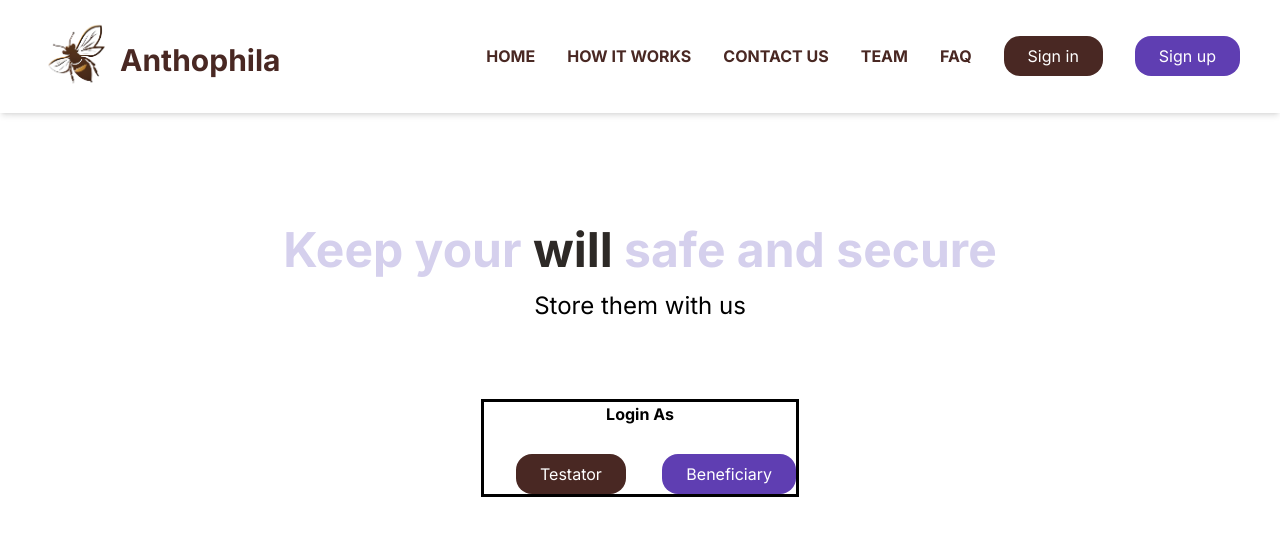
Repository: marcusdashe/anthophila
Page: /
These files come from the project's save history. The page is drawn as it stood at one moment and after the next save; the edit follows.
The browser window is 1280 px wide. The pictures show the whole page.
The project was rebuilt for these pictures with package versions that can differ from the ones it lists, and the page was loaded fresh each time. The framework's server and built-in components were replaced by stand-ins that run in the browser. Also part of the build but not shown: next.config.js, styles/Home.module.css.

Above is the page before, as saved 2023-02-28 19:51:39.

### pages/_document.js
import { Html, Head, Main, NextScript } from 'next/document'

export default function Document() {
  return (
    <Html lang="en">
      <Head>
        <link rel="preconnect" href="https://fonts.googleapis.com" />
        <link rel="preconnect" href="https://fonts.gstatic.com" crossOrigin />
        <link href="https://fonts.googleapis.com/css2?family=Inter:wght@100;200;300;400;500;600&display=swap" rel="stylesheet" />
      </Head>
      <body>
        <Main />
        <NextScript />
      </body>
    </Html>
  )
}

### pages/index.js
import Head from 'next/head'
import Image from 'next/image'
import { Inter } from '@next/font/google'
import styles from '@/styles/Home.module.css'
import { Nav } from '@/components/Nav'
import Hero from '@/components/Hero'

const inter = Inter({ subsets: ['latin'] })

export default function Home() {
  return (
    <>
      <Head>
        <title>Anthophilia</title>
        <meta name="description" content="decentralized platform for storing will" />
        <meta name="viewport" content="width=device-width, initial-scale=1" />
        <link rel="icon" href="/favicon.ico" />
      </Head>
      <Nav />

      {/* <main className="w-full h-screen bg-cover bg-no-repeat bg-center bg-fixed" style={{backgroundImage: "url('/assets/bg-vintage.png')"}}> */}
      <main className="w-full h-screen">
      <Hero />

      </main>
    </>
  )
}

### styles/globals.css
@tailwind base;
@tailwind components;
@tailwind utilities;


@layer base {
    html {

      font-family: 'Inter', sans-serif;
    }
  }

### components/Nav.jsx
import React, { useState } from 'react'
import Button from './Button'
import MenuIcon from '@mui/icons-material/Menu';
import CloseIcon from '@mui/icons-material/Close';

export const Nav = () => {
  let Links = [
    { name: "HOME", link: "/"},
    { name: "HOW IT WORKS", link: "/hiw"},
    { name: "CONTACT US", link: "/contact"},
    { name: "TEAM", link: "/team"},
    { name: "FAQ", link: "/faq"},
  ]
  let [open, setOpen] = useState(false)

  return (
    <div className='md:fixed bg-white bg-opacity-[0.8] backdrop-blur-lg lg:fixed z-50 shadow-md w-full fixed top-0 left-0'>
        <div className='md:flex items-center justify-between bg-white py-4 md:px-10 px-7'>
            <div className='font-bold text-2xl cursor-pointer flex items-center text-gray-80'>
            <img src="/assets/logo.png" alt="logo" className="object-scale-down h-50 w-20" />
                <span className='text-3xl text-[#492823] mr-1 pt-2'>
                    Anthophila
                </span>
            </div>
            <div onClick={()=> setOpen(!open)} className='text-3xl absolute right-8 top-6 cursor-pointer md:hidden '>
              {open ? <CloseIcon fontSize='large'/> : <MenuIcon fontSize='large'/>}

            </div>
            <ul className={`md:flex md:items-center md:pb-0 pb-12 absolute md:static bg-white md:z-auto z-[-1] left-0 w-full md:w-auto md:pl-0 pl-9 transition-all duration-500 ease-in ${open ? 'top-20 opacity-100' : 'top-[-490px]'} md:opacity-100 opacity-0`}>
              { Links.map((link, idx) => (
                <li key={link.name} className='md:ml-8 text-md font-bold md:my-0 my-7'>
                    <a href={link.link} key={idx} className="text-[#492823] hover:text-[#F5F1F3] duration-500">{link.name}</a>
                </li>
              ))}
              <Button isPrimary={true}>Sign in</Button>
              <Button isPrimary={false}>Sign up</Button>
            </ul>
        </div>
    </div>
  )
}

### components/Hero.jsx
import React from 'react'
import Button from './Button'

const Hero = () => {
  return (
        <div className='h-screen flex justify-center items-center flex-col'>

            <header className="">
            <div className="max-w-7xl mx-auto px-4 sm:px-6 lg:px-8 flex flex-col items-center justify-center">
                <h1 className="text-5xl font-bold text-[#D5D0ED] text-center mb-4">Keep your <span className='text-[#2D2926]'>will</span> safe and secure</h1>
                <p className='text-center text-2xl'>Store them with us</p>
            </div>
            </header>
            <section className='outline flex justify-center items-center flex-col mt-20'>
               <p className='font-bold'>Login As</p>
                <div className='mt-7'><Button isPrimary={true}>Testator</Button> <Button isPrimary={false}>Beneficiary</Button> </div>
            </section>

        </div>

  )
}

export default Hero

### components/Button.jsx
import React, {useEffect} from 'react'

const Button = ({isPrimary, children}) => {
 console.log(isPrimary)
  return (
    <>
    {
      isPrimary ?
      <button className="bg-[#492823] w-150 text-white py-2 px-6 rounded-2xl md:ml-8 hover:bg-[#D5D0ED] hover:text-[#492823] duration-500">
        {children}
      </button>
    :
      <button className="bg-[#5F3EB2] w-150 text-white py-2 px-6 rounded-2xl md:ml-8 hover:bg-[#D5D0ED] hover:text-[#492823] duration-500">
        {children}
      </button>

    }
   </>
  )
}
// bg-[] w-150 text-white py-2 px-6 rounded-2xl md:ml-8 hover:bg-[#D5D0ED] hover:text-[#492823] duration-500

export default Button

### tailwind.config.js
/** @type {import('tailwindcss').Config} */

module.exports = {
  content: [
    "./app/**/*.{js,ts,jsx,tsx}",
    "./pages/**/*.{js,ts,jsx,tsx}",
    "./components/**/*.{js,ts,jsx,tsx}",
  ],
  theme: {
    extend: {},
  },
  plugins: [],
}

Loaded but not shown: pages/_app.js (common file); pages/api/hello.js (common file)

After the next save:
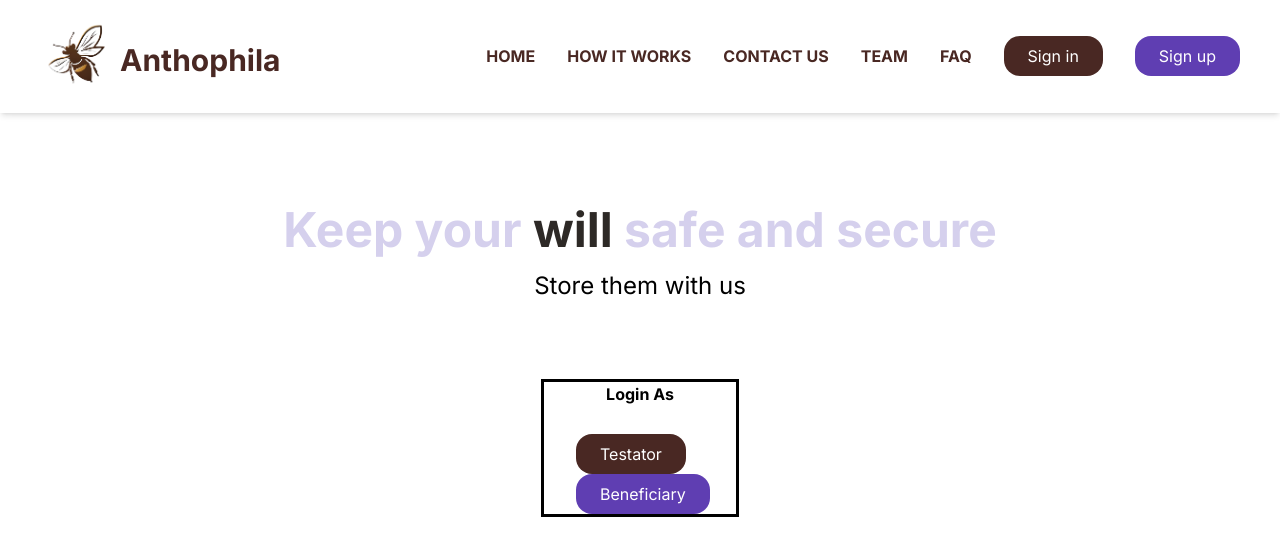
Saved 20 s later.
--- a/components/Hero.jsx
+++ b/components/Hero.jsx
@@ -11,7 +11,7 @@ const Hero = () => {
                 <p className='text-center text-2xl'>Store them with us</p>
             </div>
             </header>
-            <section className='outline flex justify-center items-center flex-col mt-20'>
+            <section className='outline w-48 flex justify-center items-center flex-col mt-20'>
                <p className='font-bold'>Login As</p>
                 <div className='mt-7'><Button isPrimary={true}>Testator</Button> <Button isPrimary={false}>Beneficiary</Button> </div>
             </section>

After the save that followed:
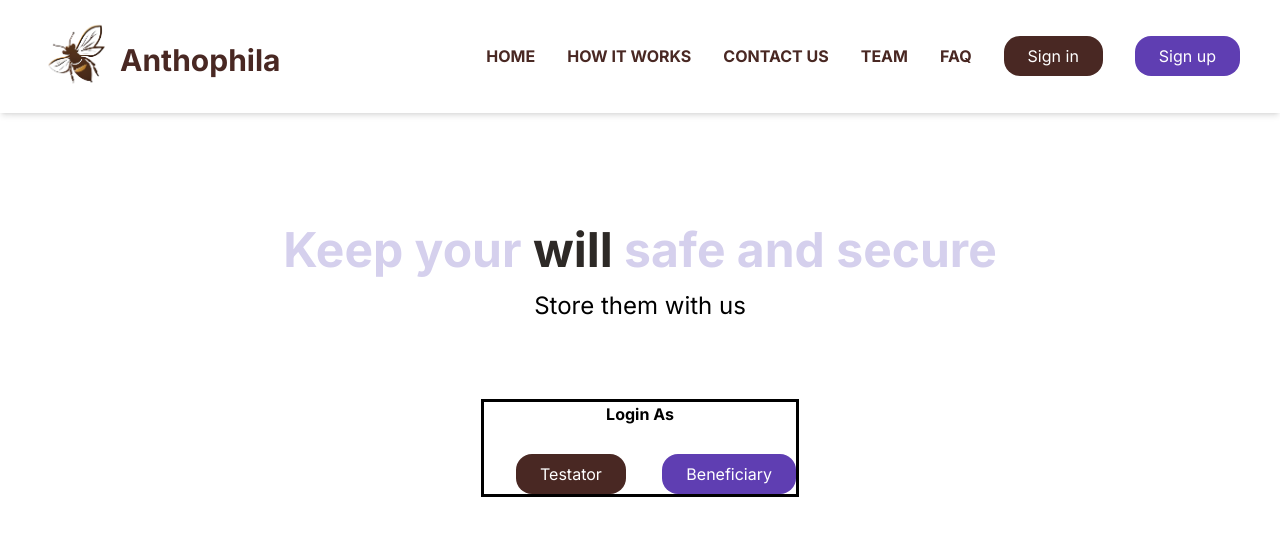
Saved 5 s later.
--- a/components/Hero.jsx
+++ b/components/Hero.jsx
@@ -11,7 +11,7 @@ const Hero = () => {
                 <p className='text-center text-2xl'>Store them with us</p>
             </div>
             </header>
-            <section className='outline w-48 flex justify-center items-center flex-col mt-20'>
+            <section className='outline w-100 flex justify-center items-center flex-col mt-20'>
                <p className='font-bold'>Login As</p>
                 <div className='mt-7'><Button isPrimary={true}>Testator</Button> <Button isPrimary={false}>Beneficiary</Button> </div>
             </section>
